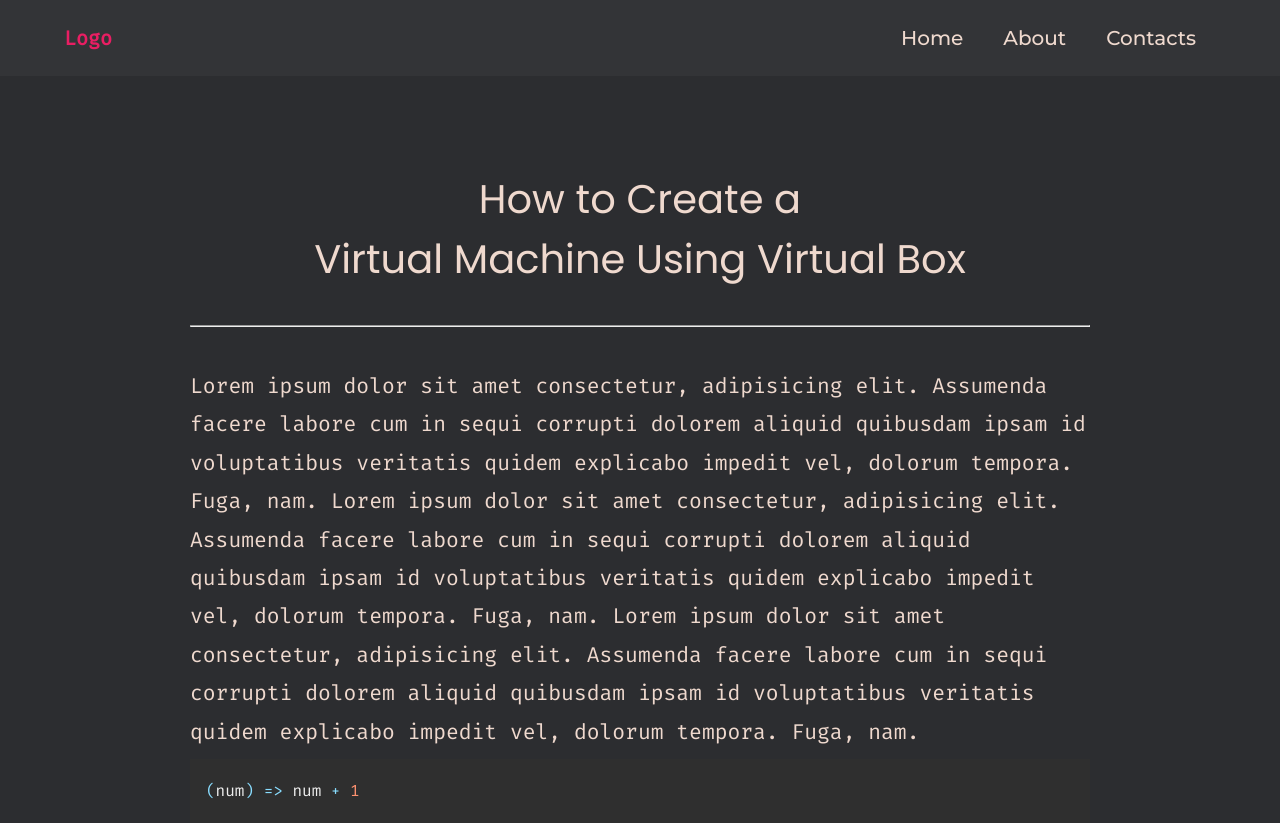
Repository: BuddyBob/thavasantonio
Page: /#/virtual-machine
These files come from the project's save history. The page is drawn as it stood at one moment and after the next save; the edit follows.
The browser window is 1280 px wide. The pictures show the whole page.
The project was rebuilt for these pictures with package versions that can differ from the ones it lists, and the page was loaded fresh each time. A package was used in the major version that the imports need, not the one package.json lists. Also part of the build but not shown: src/components/Card.js, src/Home.js.

Above is the page before, as saved 2021-08-20 15:18:07.

After the next save:
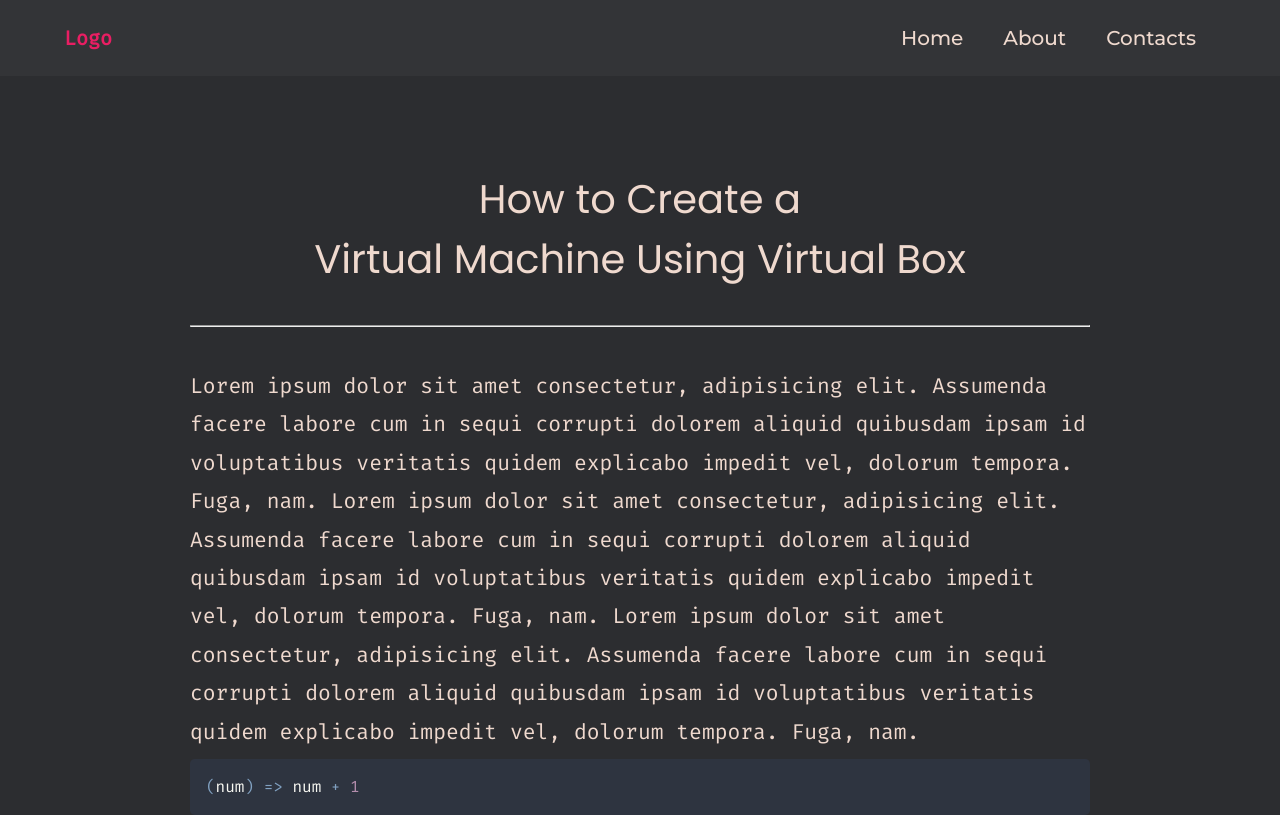
Saved 27 s later.
--- a/src/components/Pages/Virtual-Machine/VM.js
+++ b/src/components/Pages/Virtual-Machine/VM.js
@@ -1,7 +1,7 @@
 import React from 'react'
 import NavBar from '../../NavBar'
 import { Prism as SyntaxHighlighter } from 'react-syntax-highlighter';
-import  { materialDark } from 'react-syntax-highlighter/dist/esm/styles/prism';
+import  { nord } from 'react-syntax-highlighter/dist/esm/styles/prism';
 import './VM.css'
 const codeString = '(num) => num + 1';
 export default function VM() {
@@ -18,7 +18,7 @@ export default function VM() {
                             Lorem ipsum dolor sit amet consectetur, adipisicing elit. Assumenda facere labore cum in sequi corrupti dolorem aliquid quibusdam ipsam id voluptatibus veritatis quidem explicabo impedit vel, dolorum tempora. Fuga, nam.
                             Lorem ipsum dolor sit amet consectetur, adipisicing elit. Assumenda facere labore cum in sequi corrupti dolorem aliquid quibusdam ipsam id voluptatibus veritatis quidem explicabo impedit vel, dolorum tempora. Fuga, nam.
                         </p>
-                        <SyntaxHighlighter language="javascript" style={materialDark}>
+                        <SyntaxHighlighter language="javascript" style={nord}>
                         {codeString}
                         </SyntaxHighlighter>
                     </div>
